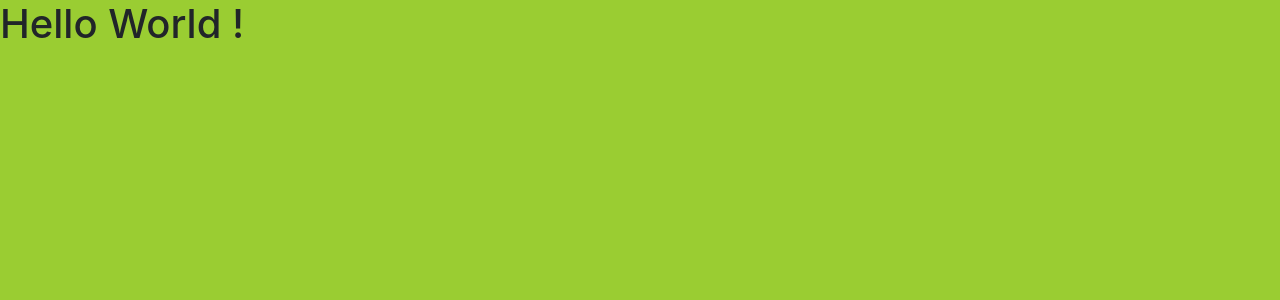
Repository: Pankaj08072001/Adv_Java
Page: http://localhost/06_Job_portal_Project/
The author's editor kept a copy of each file at every save. The page is drawn from the files as they stood at one save, then again after the next save.
The browser window is 1280 px wide. The pictures show the whole page.
Some web libraries are served in a nearby version. The page is served by Tomcat 9.

Above is the page before, as saved 2025-03-13 18:33:29.

After the next save:
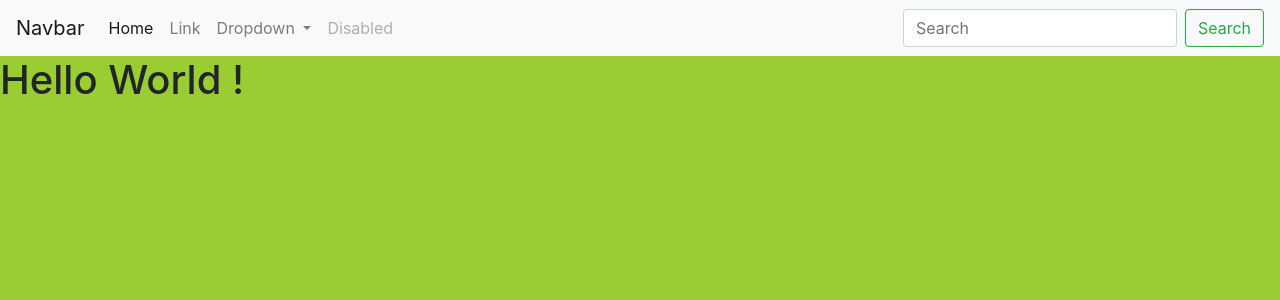
Saved 40 s later.
--- a/06_Job_portal_Project/src/main/webapp/index.jsp
+++ b/06_Job_portal_Project/src/main/webapp/index.jsp
@@ -8,7 +8,7 @@
 <%@include file ="All_component/All_css.jsp" %>
 </head>
 <body>
-
+<%@include file ="All_component/Navbar.jsp" %>
 
 <h1>Hello World !</h1>
 </body>
